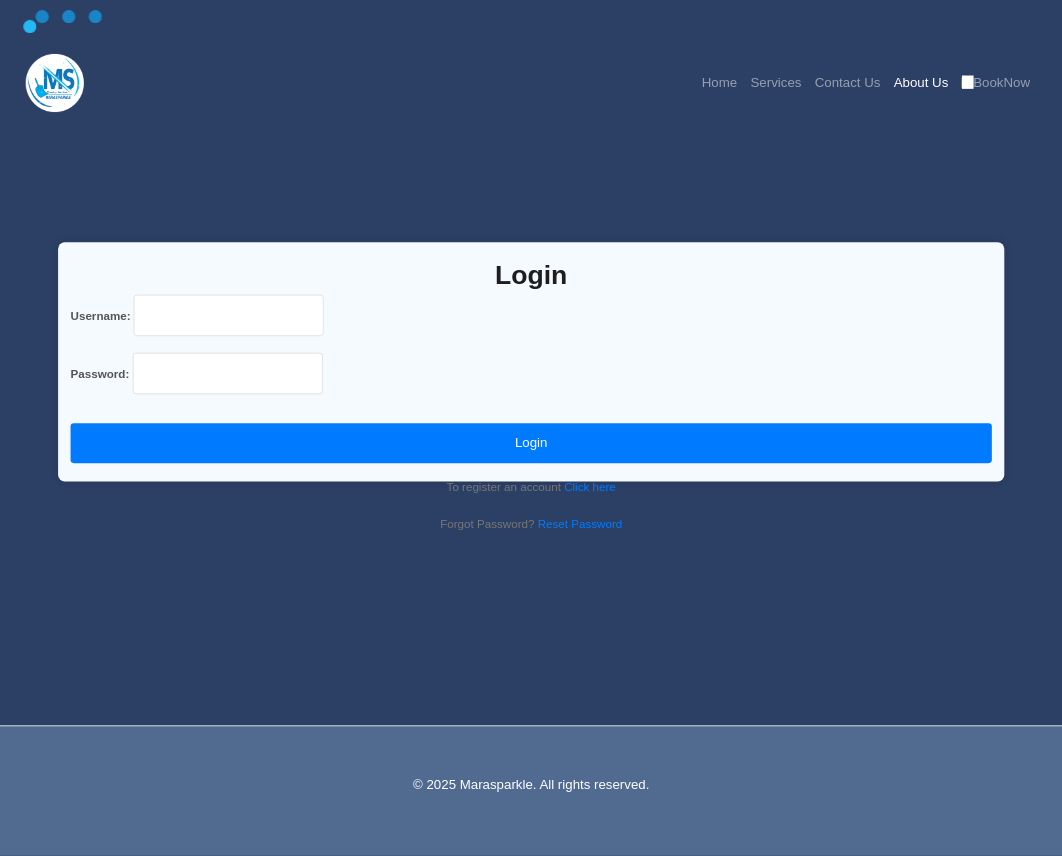
Repository: guineveretim/sparkle
Page: http://localhost/login/
An editor plug-in stored every save of this project. The page is shown before and after the next save, followed by the edit.
The browser window is 1280 px wide. The pictures show the whole page, at 83% of full size.
The page is served by the project's application, run on Django 5.2 (manage.py).

Above is the page before, as saved 2025-03-26 14:53:46.

After the next save:
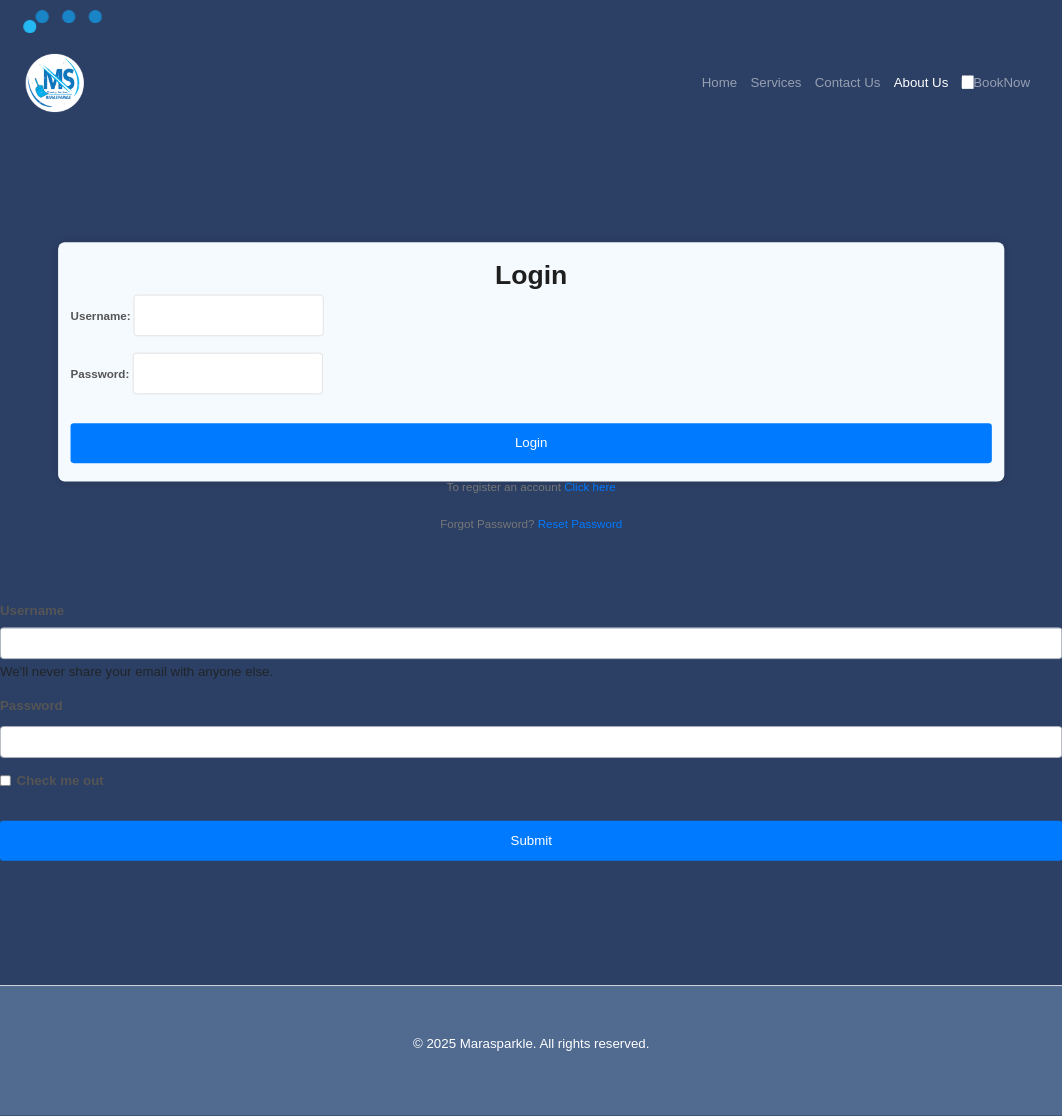
Saved 108 s later.
--- a/templates/authentication/login.html
+++ b/templates/authentication/login.html
@@ -94,6 +94,24 @@
     </div>
  </div>
 
+ <form>
+    <div class="mb-3">
+      <label for="exampleInputEmail1" class="form-label">Username</label>
+      <input type="email" class="form-control" id="exampleInputEmail1" aria-describedby="emailHelp">
+      <div id="emailHelp" class="form-text">We'll never share your email with anyone else.</div>
+    </div>
+    <div class="mb-3">
+      <label for="exampleInputPassword1" class="form-label">Password</label>
+      <input type="password" class="form-control" id="exampleInputPassword1">
+    </div>
+    <div class="mb-3 form-check">
+      <input type="checkbox" class="form-check-input" id="exampleCheck1">
+      <label class="form-check-label" for="exampleCheck1">Check me out</label>
+    </div>
+    <button type="submit" class="btn btn-primary">Submit</button>
+  </form>
+
+
 <footer>
 
     <p>&copy; {{2025}} Marasparkle. All rights reserved.</p>
